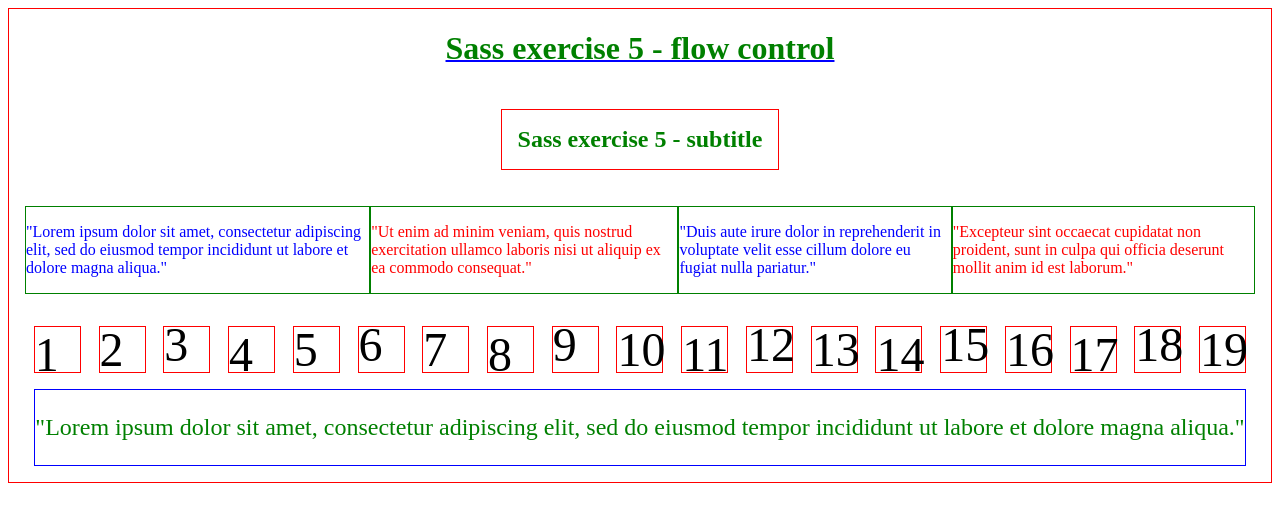
Repository: tr2cky/sass5
Page: index.html
An editor plug-in stored every save of this project. The page is shown before and after a run of saves, followed by the edit.
The browser window is 1280 px wide. The pictures show the whole page.
The style sheet was rebuilt from its Sass, Less or Tailwind sources for each picture, by a compiler version that may differ from the author's.

Above is the page before, as saved 2022-10-16 13:03:14.

### index.html
<!DOCTYPE html>
<html>
    <head>
        <title>Sass exercise 5 - flow control</title>
        <link rel="stylesheet" href="./style.css">
    </head>
    <body>
        <div class="exercise">
            <h1>Sass exercise 5 - flow control</h1>
            <h2>Sass exercise 5 - subtitle</h2>
            <section>
                <article>
                    <p>"Lorem ipsum dolor sit amet, consectetur adipiscing elit, sed do eiusmod tempor incididunt ut labore et dolore magna aliqua."</p>
                </article>
                <article>
                    <p>"Ut enim ad minim veniam, quis nostrud exercitation ullamco laboris nisi ut aliquip ex ea commodo consequat."</p>
                </article>
                <article>
                    <p>"Duis aute irure dolor in reprehenderit in voluptate velit esse cillum dolore eu fugiat nulla pariatur."</p>
                </article>
                <article>
                    <p>"Excepteur sint occaecat cupidatat non proident, sunt in culpa qui officia deserunt mollit anim id est laborum."</p>
                </article>
            </section>
            <section class="numbers">
                <div class="fs-1rem">1</div>
                <div class="fs-2rem">2</div>
                <div class="fs-3rem">3</div>
                <div class="fs-1rem">4</div>
                <div class="fs-2rem">5</div>
                <div class="fs-3rem">6</div>
                <div class="fs-2rem">7</div>
                <div class="fs-1rem">8</div>
                <div class="fs-3rem">9</div>
                <div class="fs-2rem">10</div>
                <div class="fs-1rem">11</div>
                <div class="fs-3rem">12</div>
                <div class="fs-2rem">13</div>
                <div class="fs-1rem">14</div>
                <div class="fs-3rem">15</div>
                <div class="fs-2rem">16</div>
                <div class="fs-1rem">17</div>
                <div class="fs-3rem">18</div>
                <div class="fs-2rem">19</div>
            </section>
            <section>
                <article>
                    <p>"Lorem ipsum dolor sit amet, consectetur adipiscing elit, sed do eiusmod tempor incididunt ut labore et dolore magna aliqua."</p>
                </article>
            </section>
        </div>
    </body>
</html>

### style.scss
@use "module1.scss";
@use "module2.scss";
@import "module3.scss";
$color-primary: module1.$color-primary;
$color-secondary: module1.$color-secondary;
$color-tertiary: module1.$color-tertiary;
$sizes: 1rem, 2rem, 3rem;
.numbers {
    grid-area: 4 / 1 / 5 / 5;
    display: flex;
    justify-content: space-around;

    & div {
        border: toRem(1) solid $color-primary;
        width: toRem(45);
        height: toRem(45);
    }
    @each $size in $sizes {
        & div {
            font-size: $size;
        }
    }
    & .fs-2rem {
        display: flex;
        align-items: center;
    }
    & .fs-3rem {
        display: flex;
        align-items: flex-end;
    }
}

### module1.scss
$color-primary: red;
$color-secondary: blue;
$color-tertiary: green;

@import "module3.scss";
.exercise {
    display: grid;
    grid-template-columns: repeat(4, 1fr);
    border: toRem(1) solid $color-primary;
    h1 {
        color: $color-tertiary;
        grid-column: 1/ span 4;
        justify-self: center;
        text-decoration: underline $color-secondary toRem(2);
    }
    h2 {
        @extend h1;
        padding: toRem(16);
        border: toRem(1) solid red;
        text-decoration: none;
    }
    section {
        grid-column: 1 / 5;
        display: flex;
        margin: toRem(16);
    }
}

### module3.scss

@function toRem($value) {
    $remValue: ($value / 16) + rem;
    @return $remValue;
}

### module2.scss
@use "module1.scss";
@import "module3.scss";
$color-primary: module1.$color-primary;
$color-secondary: module1.$color-secondary;
$color-tertiary: module1.$color-tertiary;
@mixin article-card ($color, $border-color: $color-tertiary, $font-size: toRem(16)) {
    color: $color;
    border: toRem(1) solid;
    border-color: $border-color;
    font-size: $font-size;
}
section:nth-of-type(1) {
    article:nth-of-type(odd){
    @include article-card($color-secondary);
    }
    article:nth-of-type(even){
    @include article-card($color-primary);
}
}
section:nth-of-type(3) {
    article {
        @include article-card($color-tertiary, $color-secondary, toRem(24));
    }
    margin-top: toRem(0);
    place-self: center;
}

After the next 3 saves:
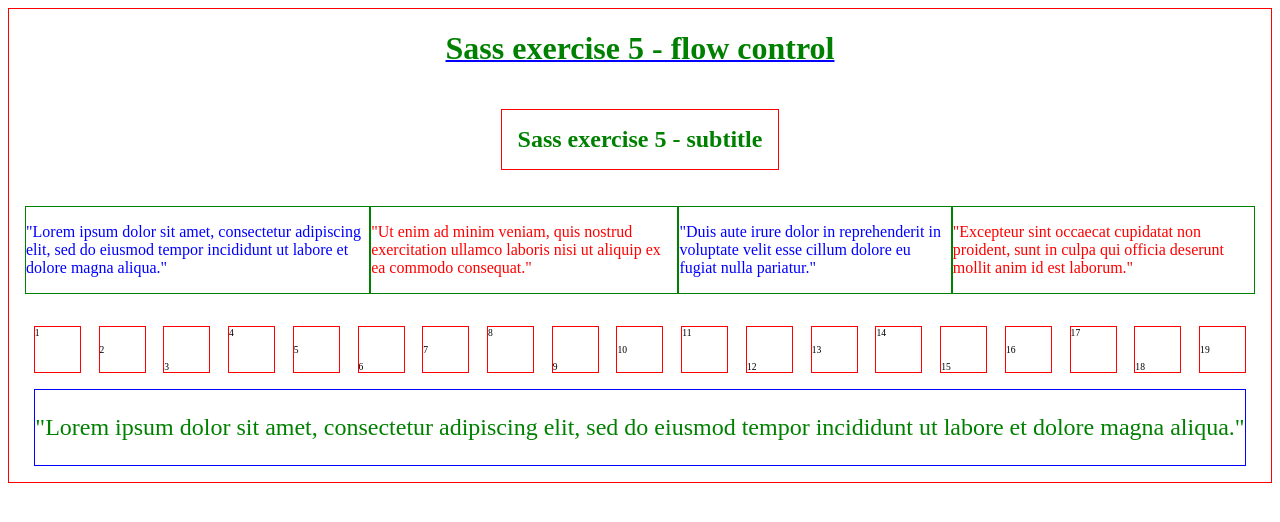
The 3 saves are shown as one change because they came seconds apart.
The last was saved 89 s later.
--- a/style.scss
+++ b/style.scss
@@ -17,7 +17,7 @@
     }
     @each $size in $sizes {
         & div {
-            font-size: $size;
+            font-size: $size / 5;
         }
     }
     & .fs-2rem {

After the 2 saves that followed:
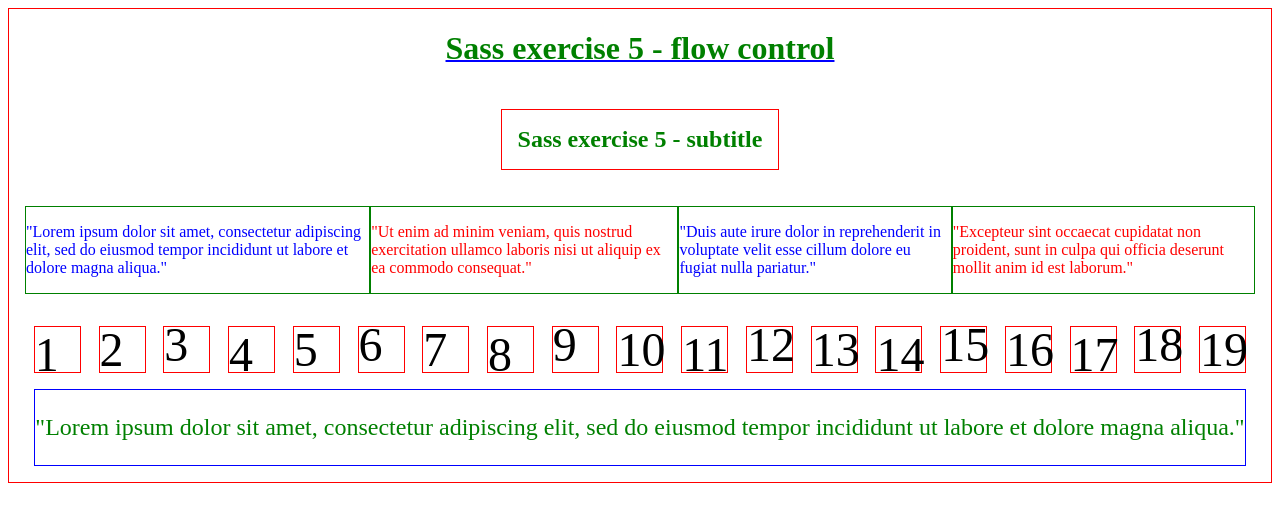
The 2 saves are shown as one change because they came seconds apart.
The last was saved 10 s later.
--- a/style.scss
+++ b/style.scss
@@ -17,7 +17,7 @@
     }
     @each $size in $sizes {
         & div {
-            font-size: $size / 5;
+            font-size: $size;
         }
     }
     & .fs-2rem {
